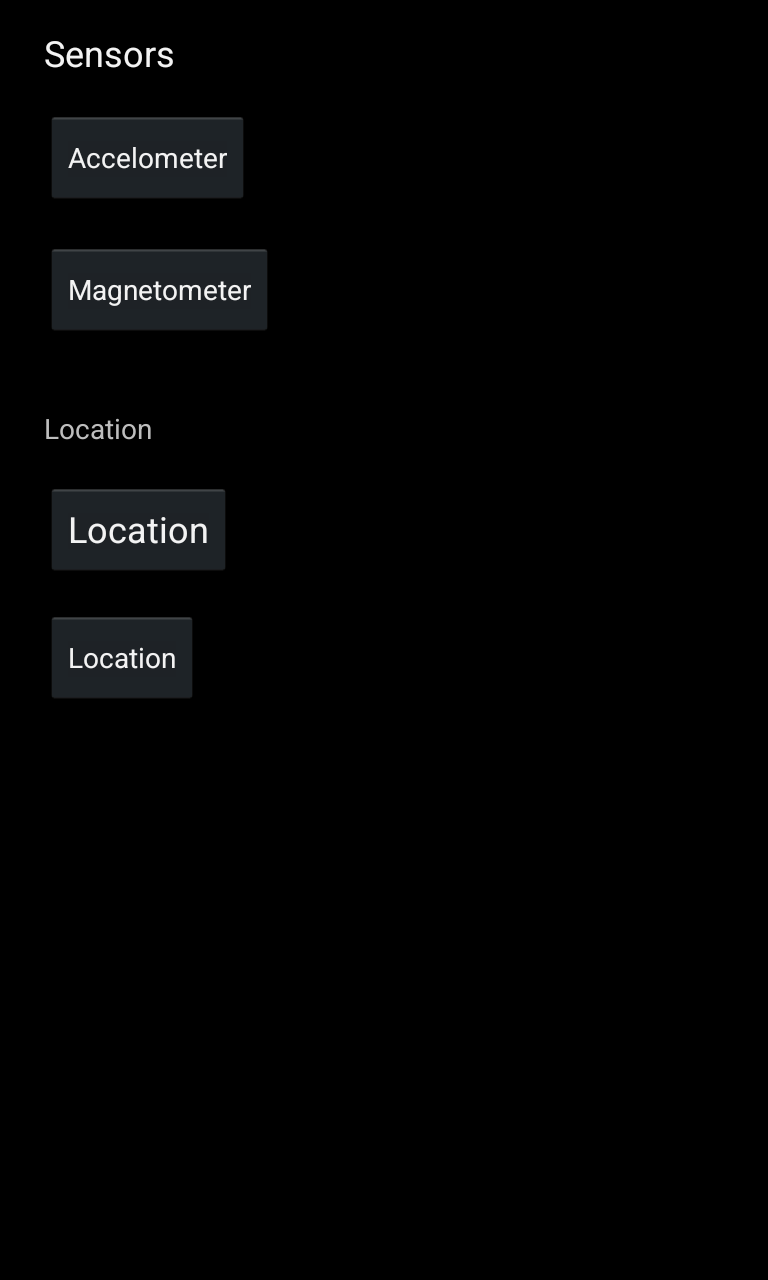
Repository: Amir13/Android_Basic_Steps
Layout: ViewElements5/res/layout/fragment_thrid.xml
The author's editor kept a copy of each file at every save. The layout is drawn from the files as they stood at one save, then again after the next save.
It is drawn on a 768 x 1280 px phone screen (xhdpi) without system bars, with theme android:Theme.Holo; the app's code is not run.

Above is the layout before, as saved 2014-06-17 05:00:58.

### ViewElements5/res/layout/fragment_thrid.xml
<?xml version="1.0" encoding="utf-8"?>
<RelativeLayout xmlns:android="http://schemas.android.com/apk/res/android"
    android:layout_width="match_parent"
    android:layout_height="match_parent"
    android:orientation="vertical" >

    <Button
        android:id="@+id/btnMagnetometer"
        style="?android:attr/buttonStyleSmall"
        android:layout_width="wrap_content"
        android:layout_height="wrap_content"
        android:layout_alignLeft="@+id/btnSensorAcc"
        android:layout_below="@+id/btnSensorAcc"
        android:layout_marginTop="18dp"
        android:text="Magnetometer" />

    <Button
        android:id="@+id/btnSensorAcc"
        style="?android:attr/buttonStyleSmall"
        android:layout_width="wrap_content"
        android:layout_height="wrap_content"
        android:layout_alignParentLeft="true"
        android:layout_below="@+id/textView1"
        android:layout_marginLeft="22dp"
        android:layout_marginTop="16dp"
        android:text="Accelometer" />

    <TextView
        android:id="@+id/textView1"
        android:layout_width="wrap_content"
        android:layout_height="wrap_content"
        android:layout_alignLeft="@+id/btnSensorAcc"
        android:layout_alignParentTop="true"
        android:layout_marginTop="14dp"
        android:text="Sensors"
        android:textAppearance="?android:attr/textAppearanceMedium" />

    <TextView
        android:id="@+id/textView2"
        android:layout_width="wrap_content"
        android:layout_height="wrap_content"
        android:layout_alignLeft="@+id/btnMagnetometer"
        android:layout_below="@+id/btnMagnetometer"
        android:layout_marginTop="36dp"
        android:text="Location" />

    <Button
        android:id="@+id/btnLocation"
        android:layout_width="wrap_content"
        android:layout_height="wrap_content"
        android:layout_alignLeft="@+id/textView2"
        android:layout_below="@+id/textView2"
        android:layout_marginTop="17dp"
        android:text="Location" />

    <Button
        android:id="@+id/btnLocation2"
        android:layout_width="wrap_content"
        android:layout_height="wrap_content"
        style="?android:attr/buttonStyleSmall"
        android:layout_alignLeft="@+id/btnLocation"
        android:layout_below="@+id/btnLocation"
        android:layout_marginTop="16dp"
        android:text="Location" />

</RelativeLayout>

After the next save:
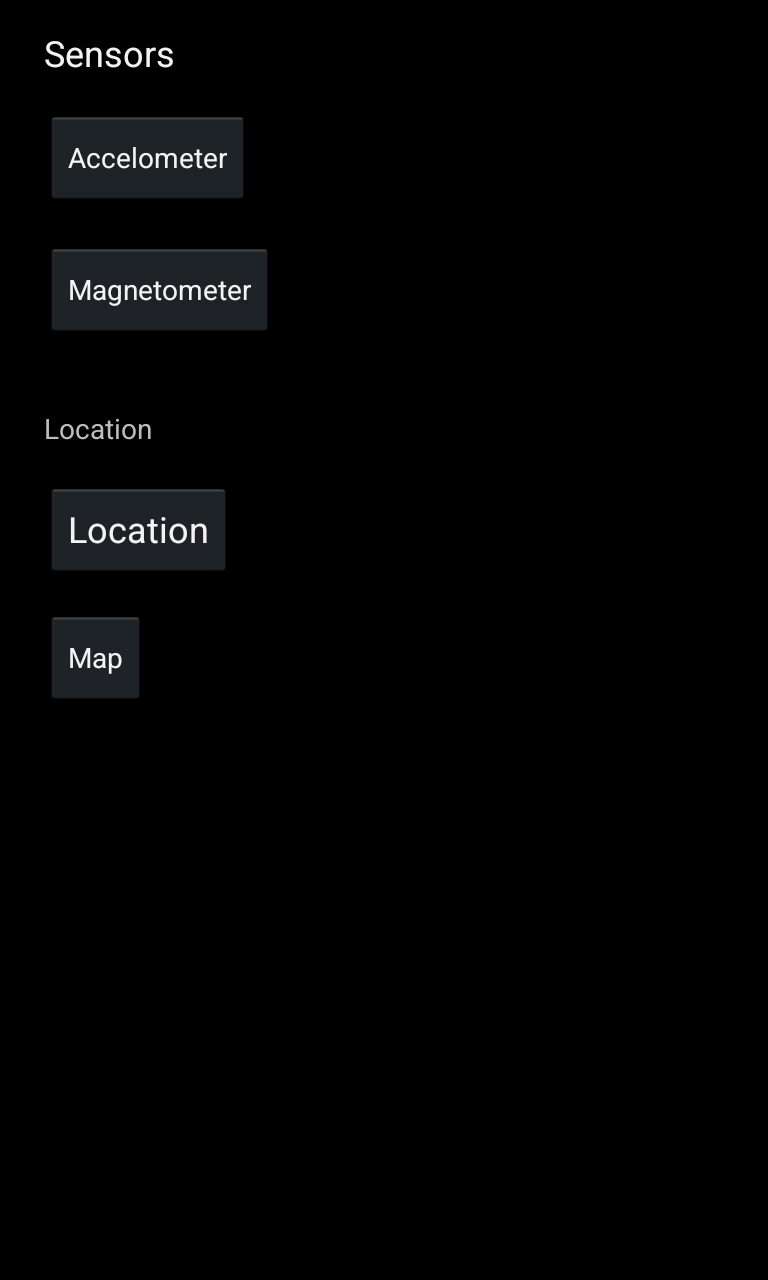
Saved 62 s later.
--- a/ViewElements5/res/layout/fragment_thrid.xml
+++ b/ViewElements5/res/layout/fragment_thrid.xml
@@ -54,13 +54,13 @@
         android:text="Location" />
 
     <Button
-        android:id="@+id/btnLocation2"
+        android:id="@+id/btnMap"
         android:layout_width="wrap_content"
         android:layout_height="wrap_content"
         style="?android:attr/buttonStyleSmall"
         android:layout_alignLeft="@+id/btnLocation"
         android:layout_below="@+id/btnLocation"
         android:layout_marginTop="16dp"
-        android:text="Location" />
+        android:text="Map" />
 
 </RelativeLayout>
